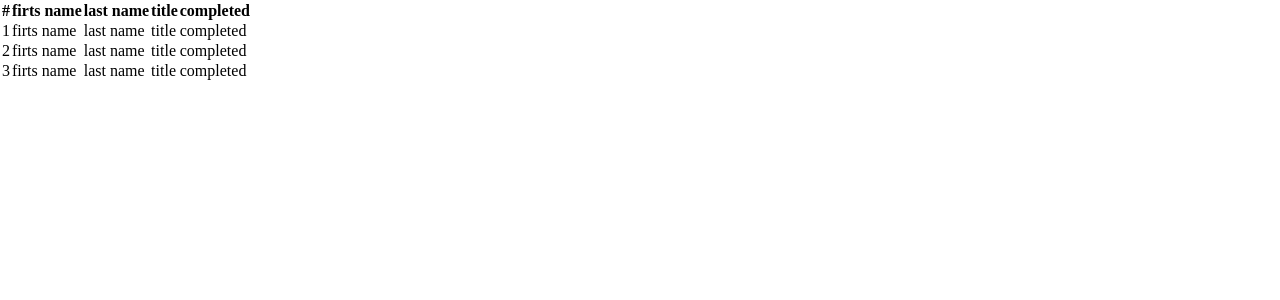
Repository: beva3/myCodepen
Page: table/index.html
An editor plug-in stored every save of this project. The page is shown before and after a run of saves, followed by the edit.
The browser window is 1280 px wide. The pictures show the whole page.

Above is the page before, as saved 2024-05-11 10:47:17.

After the next 4 saves:
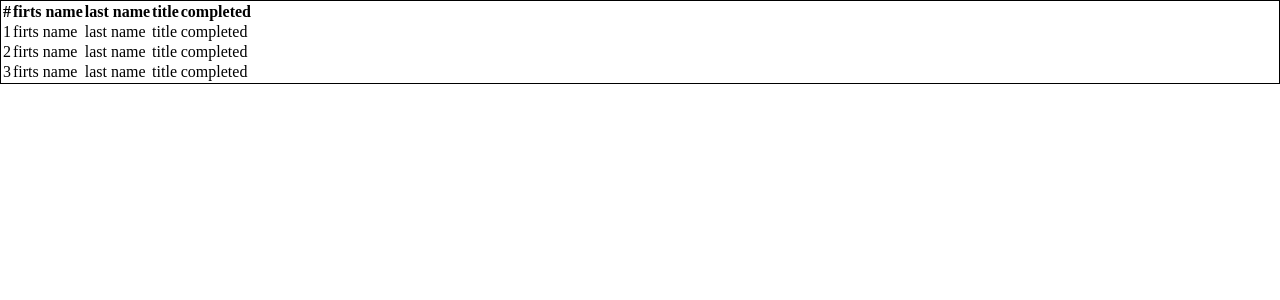
The 4 saves are shown as one change because they came seconds apart.
The last was saved 10 s later.
--- a/table/style.css
+++ b/table/style.css
@@ -5,5 +5,5 @@
 }
 
 .content{
-    border: ;
+    border: 1px solid black;
 }
